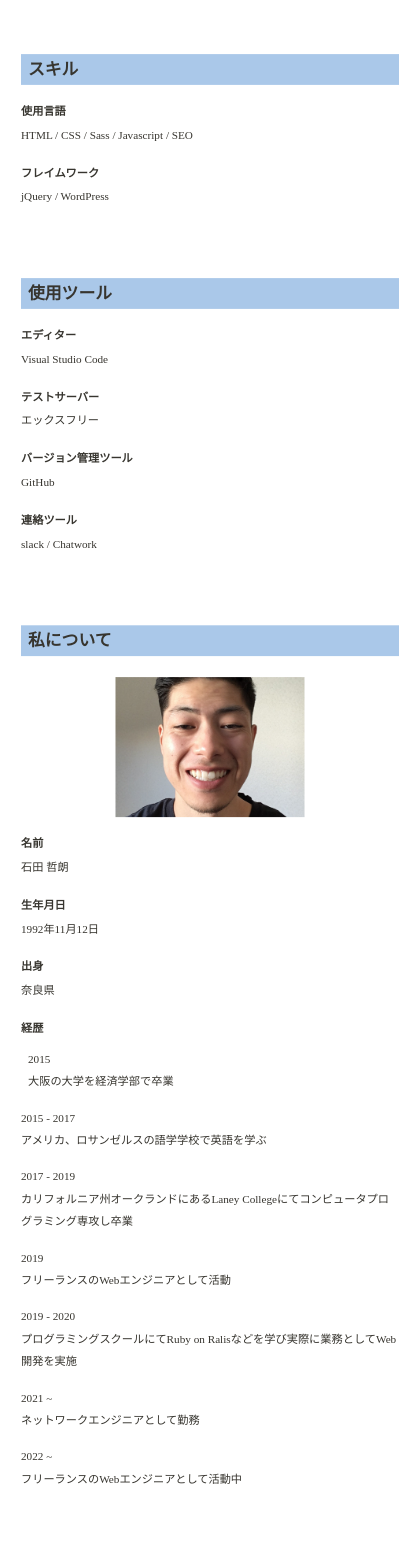
Repository: tetishi/my-portfolio
Page: index.html
An editor plug-in stored every save of this project. The page is shown before and after a run of saves, followed by the edit.
The browser window is 600 px wide. The pictures show the part of the page from y = 3725 to 5965 px (the page is 5965 px tall before and 5955 px after), at 70% of full size.
The style sheet was rebuilt from its Sass, Less or Tailwind sources for each picture, by a compiler version that may differ from the author's.

Above is the page before, as saved 2023-07-08 23:56:24.

### index.html
<!DOCTYPE html>
<html lang="ja">

<head>
    <meta name="robots" content="noindex">
    <meta charset="UTF-8">
    <meta name="viewport" content="width=device-width, initial-scale=1.0">
    <meta http-equiv="X-UA-Compatible" content="ie=edge">
    <meta property="og:title" content="ここにタイトル入れてください" />
    <meta property="og:type" content="website" />
    <meta property="og:url" content="#" />
    <meta property="og:image" content="#" />
    <meta property="og:site_name" content="" />
    <meta property="og:description" content="ここには説明文を入れてください" />
    <title>ポートフォリオ</title>
    <link rel="stylesheet" href="reset.css">
    <link rel="stylesheet" href="style.css">
    <link rel="icon" href="img/favicon.ico">

</head>

<body>
    <header>

    </header>

    <main>

        <section>
            <!-- ここ記入 -->
            <h1>ポートフォリオ<br class="d-none">（石田 哲朗）</h1>
            <p>お忙しい中 ご覧頂きありがとうございます。</p>
            <p>以下、過去の作品でございます。</p>
            <!-- ここ記入 -->
            <!-- <p>ベーシック認証がかかっているものは<br>ID aaa<br>パスワード aaa<br> です。</p> -->
        </section>
        <section>

            <h2>過去の作品</h2>
            <h3 class="sub-tit">LP作成</h3>

            <!-- １作品目 -->
            <div class="work">
                <!-- サイトのイメージ写真を入れます -->
                <picture>
                    <source srcset="img/munchkin.webp" type="image/webp">
                    <img src="img/munchkin.png">
                </picture>
                <!-- ここ記入 -->
                <p class="work_tit">MUNCHKIN</p>
                <!-- ここ記入 -->
                <p class="work_link"><a target="_blank" rel="noopener noreferrer" href="https://tetishi.github.io/munchkin2/">MUNCHKINへのリンク</a></p>
                <p class="details">＊担当業務</p>
                <p>コーディング</p>
                <p class="details">＊制作期間</p>
                <!-- ここ記入 -->
                <p>1週間</p>
                <p class="details">＊説明</p>
                <!-- ここ記入 -->
                <p>XDのデザインを元にHTML5, CSS3, jQueryを使いレスポンシブ対応のデザインカンプとして作成しました。jQueryによるアニメーション効果あり（ハンバーガーメニュー、スクロールボタン）</p>
            </div>

            <!-- 　２作品目 -->
            <div class="work">
                <!-- サイトのイメージ写真を入れます -->
                <picture>
                    <source srcset="img/start.webp" type="image/webp">
                    <img src="img/start.png">
                </picture>
                <!-- ここ記入 -->
                <p class="work_tit">START</p>
                <!-- ここ記入 -->
                <p class="work_link"><a target="_blank" rel="noopener noreferrer" href="https://tetishi.github.io/">STARTへのリンク</a></p>
                <p class="details">＊担当業務</p>
                <p>コーディング</p>
                <p class="details">＊制作期間</p>
                <!-- ここ記入 -->
                <p>1週間</p>
                <p class="details">＊説明</p>
                <!-- ここ記入 -->
                <p>XDのデザインを元にHTML5, CSS3, jQueryを使いレスポンシブ対応のデザインカンプとして作成しました。jQueryによるアニメーション効果あり（ハンバーガーメニュー）</p>
            </div>

            <!-- 　3作品目 -->
            <div class="work">
                <!-- サイトのイメージ写真を入れます -->
                <picture>
                    <source srcset="img/wdc.webp" type="image/webp">
                    <img src="img/wdc.png">
                </picture>
                <!-- ここ記入 -->
                <p class="work_tit">WDC</p>
                <!-- ここ記入 -->
                <p class="work_link"><a target="_blank" rel="noopener noreferrer" href="https://tetishi.github.io/wdc/">WDCへのリンク</a></p>
                <p class="details">＊担当業務</p>
                <p>コーディング</p>
                <p class="details">＊制作期間</p>
                <!-- ここ記入 -->
                <p>2週間</p>
                <p class="details">＊説明</p>
                <!-- ここ記入 -->
                <p>XDのデザインを元にHTML5, CSS3, jQueryを使いレスポンシブ対応のデザインカンプとして作成しました。jQueryによるアニメーション効果あり（ページ内スクロールボタン、トップに戻るボタン）</p>
            </div>

            <!-- 　4作品目 -->
            <div class="work">
                <!-- サイトのイメージ写真を入れます -->
                <picture>
                    <source srcset="img/cresta-design.webp" type="image/webp">
                    <img src="img/cresta-design.png">
                </picture>
                <!-- ここ記入 -->
                <p class="work_tit">Cresta Design</p>
                <!-- ここ記入 -->
                <p class="work_link"><a target="_blank" rel="noopener noreferrer" href="https://tetishi.github.io/cresta-design/">Cresta Designへのリンク</a></p>
                <p class="details">＊担当業務</p>
                <p>コーディング</p>
                <p class="details">＊制作期間</p>
                <!-- ここ記入 -->
                <p>2週間</p>
                <p class="details">＊説明</p>
                <!-- ここ記入 -->
                <p>XDのデザインを元にHTML5, CSS3, jQueryを使いレスポンシブ対応のデザインカンプとして作成しました。jQueryによるアニメーション効果あり（ハンバーガーメニュー、ページ内スクロールボタン）</p>
            </div>



            <!-- <h3 class="sub-tit">コーポレイトサイト作成</h3> -->
            <!-- <div class="work"> -->
                <!-- サイトのイメージ写真を入れます -->
                <!-- <picture>
                    <source srcset="img/#" type="image/webp">
                    <img src="img/#">
                </picture> -->
                <!-- ここ記入 -->
                <!-- <p class="work_tit">ここに作品のタイトルを入れます</p> -->
                <!-- ここ記入 -->
                <!-- <p class="work_link"><a target="_blank" rel="noopener noreferrer" href="#">ここにリンクを入れます</a></p>
                <p class="details">＊担当業務</p>
                <p>コーディング</p>
                <p class="details">＊制作期間</p> -->
                <!-- ここ記入 -->
                <!-- <p>○週間</p>
                <p class="details">＊説明</p> -->
                <!-- ここ記入 -->
                <!-- <p>ここに説明文を入れます</p>
            </div> -->


        </section>
        <section>
            <h2>スキル</h2>
            <h3 class="info-tit">使用言語</h3>
            <p>HTML / CSS / Sass / Javascript / SEO </p>
            <h3 class="info-tit">フレイムワーク</h3>
            <p>jQuery / WordPress</p>
        </section>
        <section>
            <h2>使用ツール</h2>
            <h3 class="info-tit">エディター</h3>
            <p>Visual Studio Code</p>
            <h3 class="info-tit">テストサーバー</h3>
            <p>エックスフリー</p>
            <h3 class="info-tit">バージョン管理ツール</h3>
            <p>GitHub</p>
            <h3 class="info-tit">連絡ツール</h3>
            <p>slack / Chatwork</p>
        </section>
        <section>
            <h2>私について</h2>
            <!-- 自分の写真を入れます -->
            <img class="people" src="img/myself.jpeg">
            <h3 class="info-tit">名前</h3>
            <!-- ここ記入 -->
            <p>石田 哲朗</p>
            <h3 class="info-tit">生年月日</h3>
            <!-- ここ記入 -->
            <p>1992年11月12日</p>
            <h3 class="info-tit">出身</h3>
            <!-- ここ記入 -->
            <p>奈良県</p>
            <h3 class="info-tit">経歴</h3>
            <!-- ここ記入 -->
            <ul class="carrier-list">
                <li class="carrier-item">
                    <p class="carrier-year">2015</p>
                    <p class="carrier-content">大阪の大学を経済学部で卒業</p>
                </li>
                <li class="carrier-item">
                    <p class="carrier-year">2015 - 2017</p>
                    <p class="carrier-content">アメリカ、ロサンゼルスの語学学校で英語を学ぶ</p>
                </li>
                <li class="carrier-item">
                    <p class="carrier-year">2017 - 2019</p>
                    <p class="carrier-content">カリフォルニア州オークランドにあるLaney Collegeにてコンピュータプログラミング専攻し卒業</p>
                </li>
                <li class="carrier-item">
                    <p class="carrier-year">2019</p>
                    <p class="carrier-content">フリーランスのWebエンジニアとして活動</p>
                </li>
                <li class="carrier-item">
                    <p class="carrier-year">2019 - 2020</p>
                    <p class="carrier-content">プログラミングスクールにてRuby on Ralisなどを学び実際に業務としてWeb開発を実施</p>
                </li>
                <li class="carrier-item">
                    <p class="carrier-year">2021 ~</p>
                    <p class="carrier-content">ネットワークエンジニアとして勤務</p>
                </li>
                <li class="carrier-item">
                    <p class="carrier-year">2022 ~</p>
                    <p class="carrier-content">フリーランスのWebエンジニアとして活動中</p>
                </li>
            </ul>
        </section>



    </main>

    <footer>

    </footer>

</body>

</html>

### reset.css
/*
html5doctor.com Reset Stylesheet
v1.6.1
Last Updated: 2010-09-17
Author: Richard Clark - http://richclarkdesign.com
Twitter: @rich_clark
*/

html,
body,
div,
span,
object,
iframe,
h1,
h2,
h3,
h4,
h5,
h6,
p,
blockquote,
pre,
abbr,
address,
cite,
code,
del,
dfn,
em,
img,
ins,
kbd,
q,
samp,
small,
strong,
sub,
sup,
var,
b,
i,
dl,
dt,
dd,
ol,
ul,
li,
fieldset,
form,
label,
legend,
table,
caption,
tbody,
tfoot,
thead,
tr,
th,
td,
article,
aside,
canvas,
details,
figcaption,
figure,
footer,
header,
hgroup,
menu,
nav,
section,
summary,
time,
mark,
audio,
video {
    margin: 0;
    padding: 0;
    border: 0;
    outline: 0;
    font-size: 100%;
    vertical-align: baseline;
    background: transparent;
}

body {
    line-height: 1;
}

article,
aside,
details,
figcaption,
figure,
footer,
header,
hgroup,
menu,
nav,
section {
    display: block;
}

nav ul {
    list-style: none;
}

blockquote,
q {
    quotes: none;
}

blockquote:before,
blockquote:after,
q:before,
q:after {
    content: '';
    content: none;
}

a {
    margin: 0;
    padding: 0;
    font-size: 100%;
    vertical-align: baseline;
    background: transparent;
}


/* change colours to suit your needs */

ins {
    background-color: #ff9;
    color: #000;
    text-decoration: none;
}


/* change colours to suit your needs */

mark {
    background-color: #ff9;
    color: #000;
    font-style: italic;
    font-weight: bold;
}

del {
    text-decoration: line-through;
}

abbr[title],
dfn[title] {
    border-bottom: 1px dotted;
    cursor: help;
}

table {
    border-collapse: collapse;
    border-spacing: 0;
}


/* change border colour to suit your needs */

hr {
    display: block;
    height: 1px;
    border: 0;
    border-top: 1px solid #cccccc;
    margin: 1em 0;
    padding: 0;
}

input,
select {
    vertical-align: middle;
}


/*end reset css*/

### style.scss
$main-color: #AAC8E9;
img {
    width: 100%;
}

h1,
h2,
h3,
p {
    color: #37352F;
}

a {
    color: #7A7975;
}

h1 {
    font-size: 2.5rem;
    margin-bottom: 50px;
}

h2 {
    background-color: $main-color;
    font-size: 1.5rem;
    padding: 10px;
    margin-top: 100px;
}

p {
    line-height: 2;
}

.d-flex {
    display: flex;
}

.d-none {
    display: none;
}

.d-block {
    display: block;
}

header {
    height: 50px;
    width: 100%;
    position: fixed;
    top: 0;
    background-color: #ffffff;
    margin-bottom: 50px;
    display: flex;
    align-items: center;
    .logo {
        width: 150px;
    }
}

.header-inner {
    width: 90%;
    margin: 0 auto;
}

main {
    max-width: 800px;
    width: 80%;
    margin: 150px auto;
}

.sub-tit {
    margin-top: 70px;
    margin-bottom: -60px;
}

.info-tit {
    margin: 30px 0 10px 0;
}

.work {
    width: 90%;
    margin: 0 auto;
    margin-top: 100px;
    img {
        max-height: 300px;
        object-fit: contain;
        margin: 0 auto;
        margin-bottom: 30px;
        display: block;
    }
    .d-flex img {
        max-width: 450px;
        width: 70%;
    }
}

.details {
    margin-top: 30px;
}

.people {
    height: 200px;
    width: 20%;
    object-fit: cover;
    margin-top: 50px;
}

.carrier-item {
    display: flex;
    .carrier-year {
        white-space: nowrap;
        width: 20%;
    }
    .carrier-content {
        width: 80%;
    }
}

@media all and (max-width:650px) {
    main {
        width: 90%;
        margin: 100px auto;
    }
    .d-flex {
        display: block;
    }
    .d-none {
        display: block;
    }
    .d-block {
        display: none !important;
    }
    h1 {
        font-size: 2rem;
    }
    .people {
        display: block;
        width: 50%;
        margin: 0 auto;
        margin-top: 30px;
    }
    // .carrier-list {
    //     list-style-type: disc;
    // }
    .carrier-item {
        display: block;
        padding: 10px 0;
        &:first-of-type {
            padding: 10px;
        }
        // list-style-type: disc;
        .carrier-year {
            // list-style-type: disc;
            width: 100%;
        }
        .carrier-content {
            width: 100%;
        }
    }
}

After the next 3 saves:
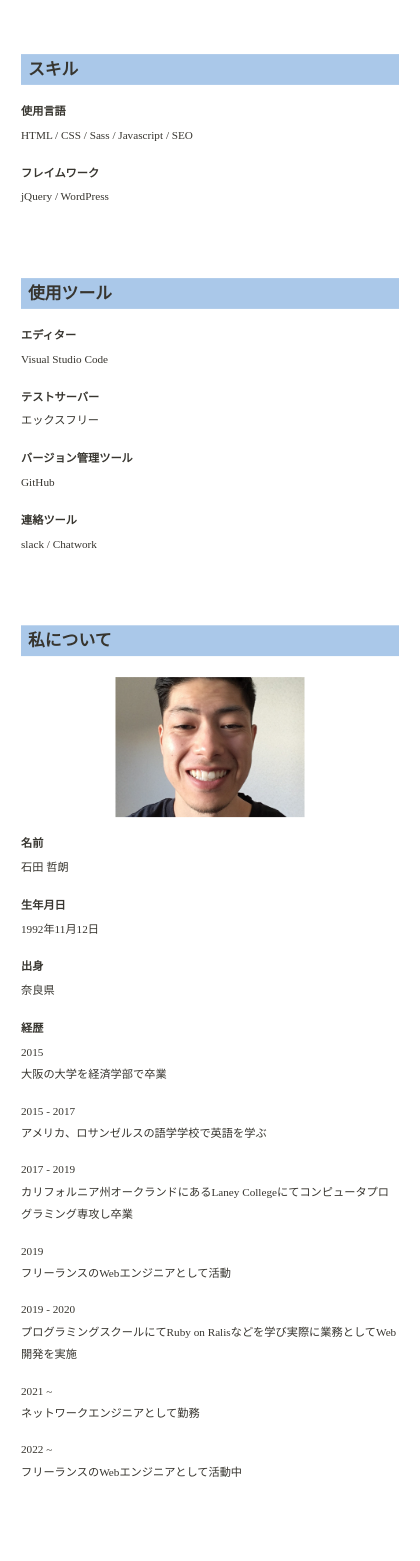
The 3 saves are shown as one change because they came seconds apart.
The last was saved 13 s later.
--- a/style.scss
+++ b/style.scss
@@ -145,7 +145,7 @@ main {
         display: block;
         padding: 10px 0;
         &:first-of-type {
-            padding: 10px;
+            padding: 0 0 10px;
         }
         // list-style-type: disc;
         .carrier-year {
